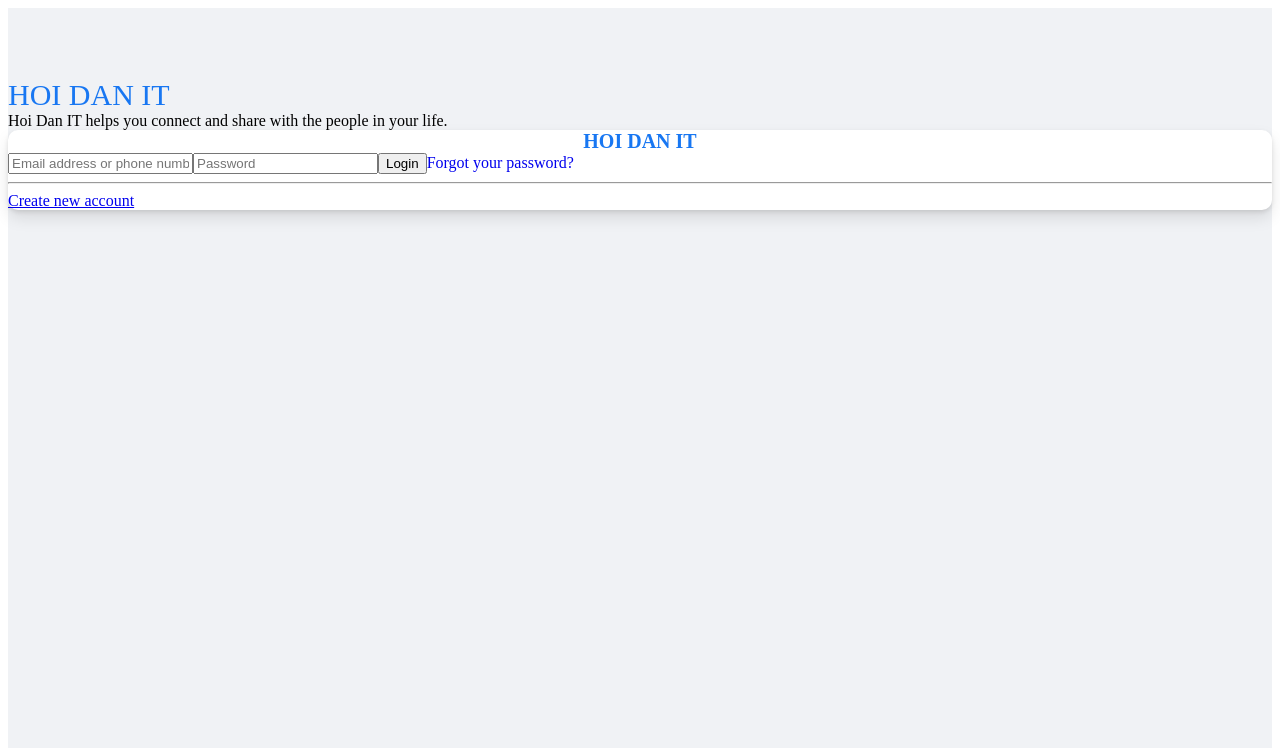
Repository: minhtien9/jwt_Reactjs_Frontend
Page: /login
The author's editor kept a copy of each file at every save. The page is drawn from the files as they stood at one save, then again after the next save.
The browser window is 1280 px wide. The pictures show the whole page.
The project was rebuilt for these pictures with package versions that can differ from the ones it lists, and the page was loaded fresh each time. Also part of the build but not shown: src/App.scss, src/components/Navigation/Nav.scss, src/components/Navigation/Nav.js, src/components/Register/Register.scss, src/components/Register/Register.js.

Above is the page before, as saved 2022-05-23 11:06:38.

After the next save:
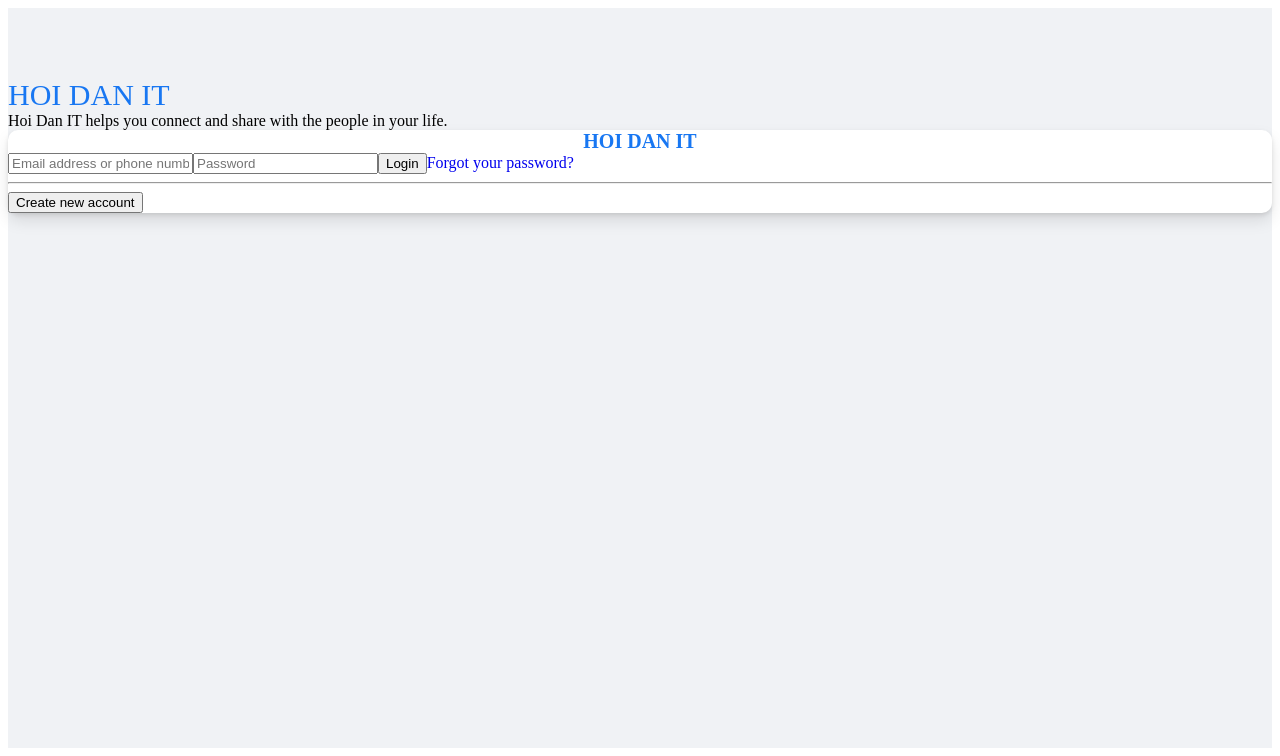
Saved 9 min 29 s later.
--- a/src/components/Login/Login.js
+++ b/src/components/Login/Login.js
@@ -1,7 +1,5 @@
-import React from 'react'
+import { useHistory } from 'react-router-dom'
 import './Login.scss'
-import { useHistory } from 'react-router-dom'
-import { Link } from 'react-router-dom'
 
 const Login = (props) => {
     let history = useHistory()
@@ -39,15 +37,12 @@ const Login = (props) => {
                         </span>
                         <hr />
                         <div className='text-center'>
-                            {/* <button
+                            <button
                                 className='btn btn-success'
                                 onClick={() => handleCreateNewAccount()}
                             >
                                 Create new account
-                            </button> */}
-                            <Link to='/register' className='btn btn-success'>
-                                Create new account
-                            </Link>
+                            </button>
                         </div>
                     </div>
                 </div>
